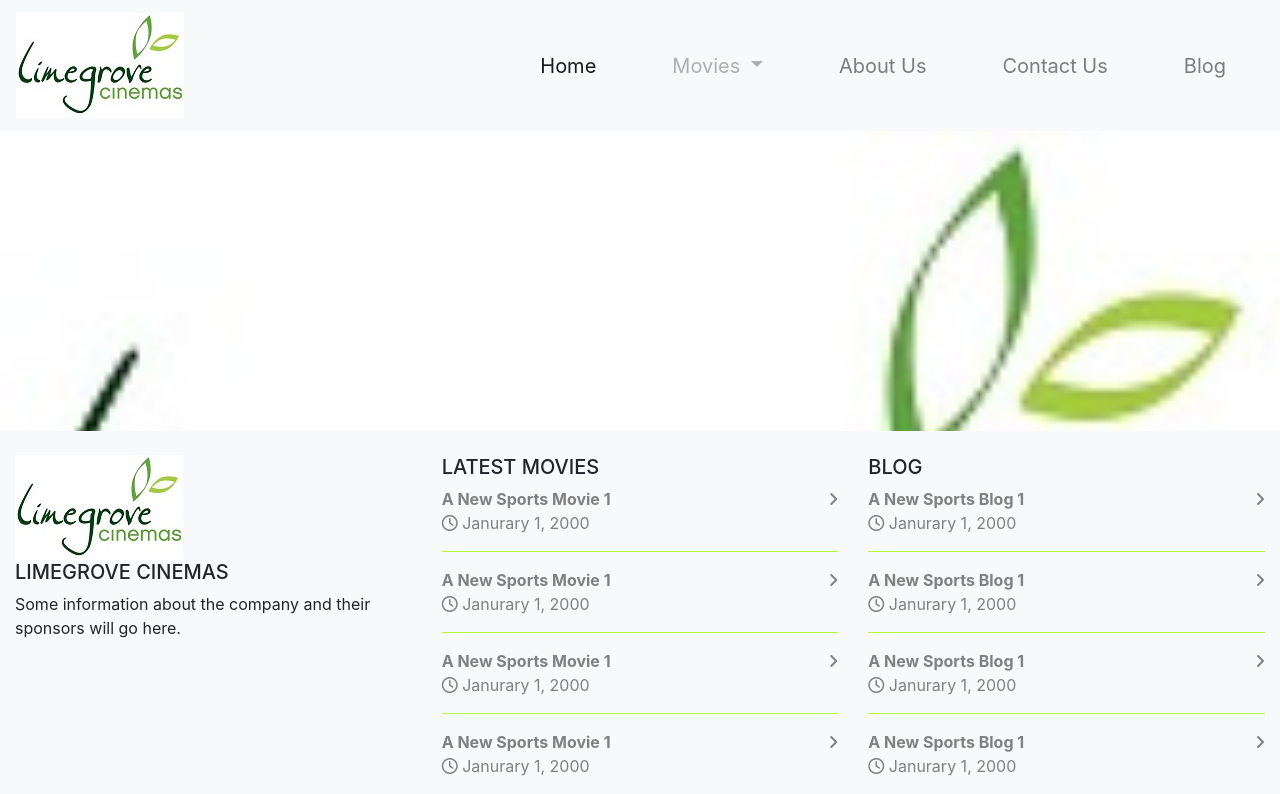
Repository: SimplyZacc/movie-web-template
Page: http://localhost/contactus.php
These files come from the project's save history. The page is drawn as it stood at one moment and after the next save; the edit follows.
The browser window is 1280 px wide. The pictures show the whole page.
Some web libraries are served in a nearby version. The page is run by PHP 8.4 with error messages shown; the project is at /var/www/html/.

Above is the page before, as saved 2020-03-28 11:48:54.

After the next save:
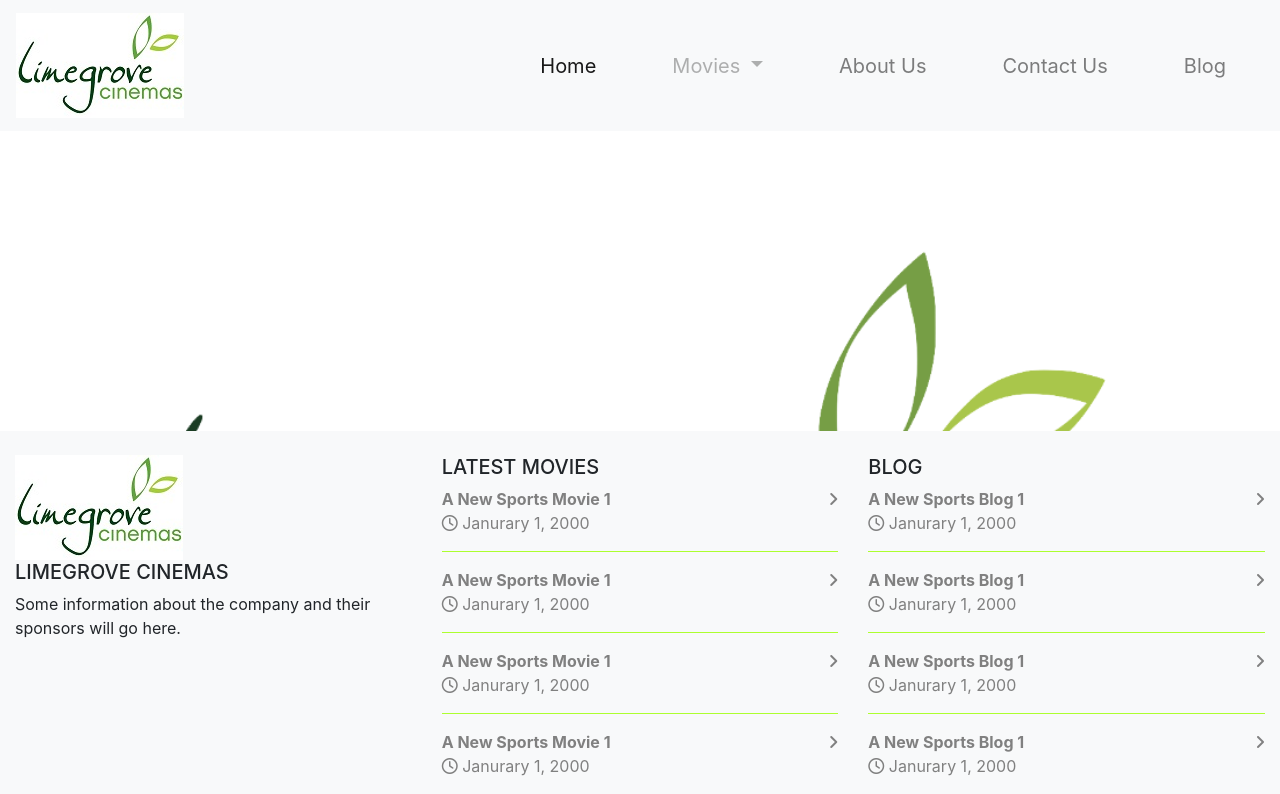
Saved 97 s later.
--- a/assets/css/styles.css
+++ b/assets/css/styles.css
@@ -29,7 +29,7 @@
 .contact-head{
     height: 300px;
     width: 100%;
-    background-image: url('/assets/images/logo.jpg');
+    background-image: url('/assets/images/lgcgreenlogo.png');
     background-repeat: no-repeat;
     background-size: cover;
 }
